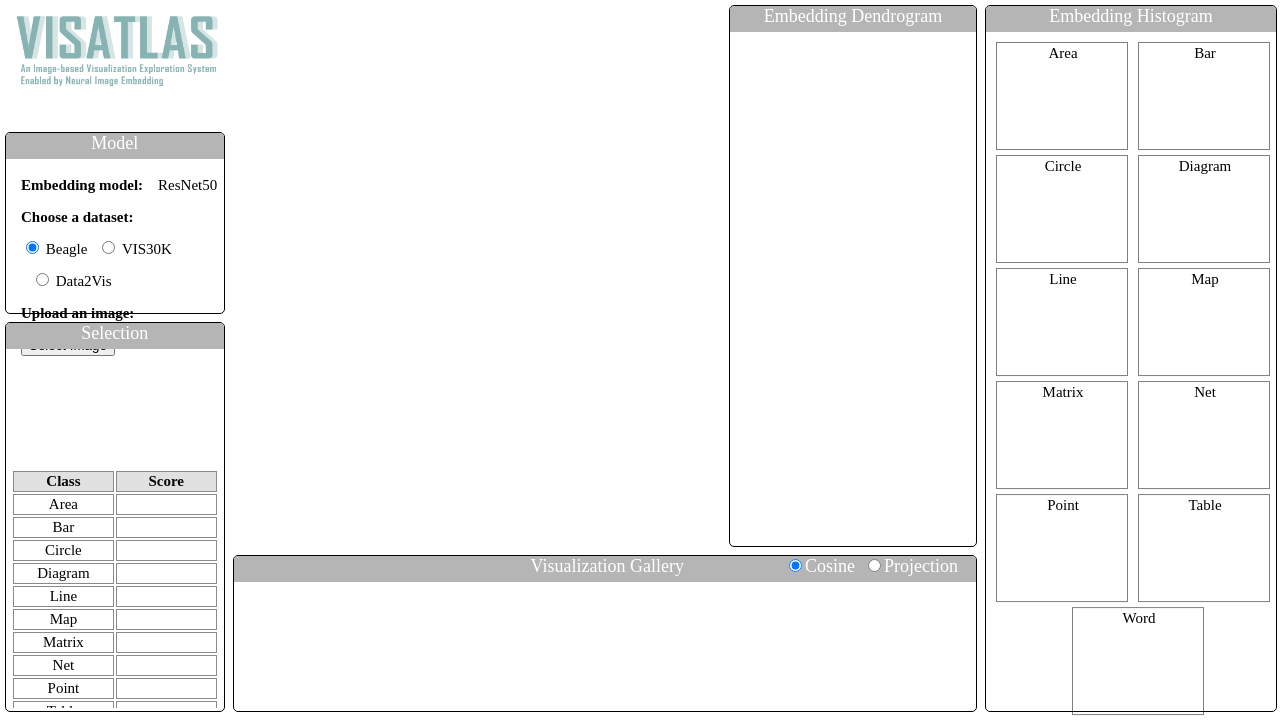
Repository: yilinye/AI_and_human_paintings
Page: / (app in VIS4AI_art/Frontend/)
An editor plug-in stored every save of this project. The page is shown before and after the next save, followed by the edit.
The browser window is 1280 px wide. The pictures show the whole page.
The page's requests for data from a server got no answer. The project was rebuilt for these pictures with package versions that can differ from the ones it lists, and the page was loaded fresh each time. No one was signed in, and anything a server would have sent is missing. Also part of the build but not shown: VIS4AI_art/Frontend/vite.config.js, VIS4AI_art/Frontend/vue.config.js, VIS4AI_art/Frontend/src/components/WelcomeItem.vue, VIS4AI_art/Frontend/src/components/icons/IconDocumentation.vue, VIS4AI_art/Frontend/src/components/icons/IconTooling.vue, VIS4AI_art/Frontend/src/components/icons/IconEcosystem.vue, VIS4AI_art/Frontend/src/components/icons/IconCommunity.vue, VIS4AI_art/Frontend/src/components/icons/IconSupport.vue and 2 more.

Above is the page before, as saved 2022-04-30 22:58:17.

After the next save:
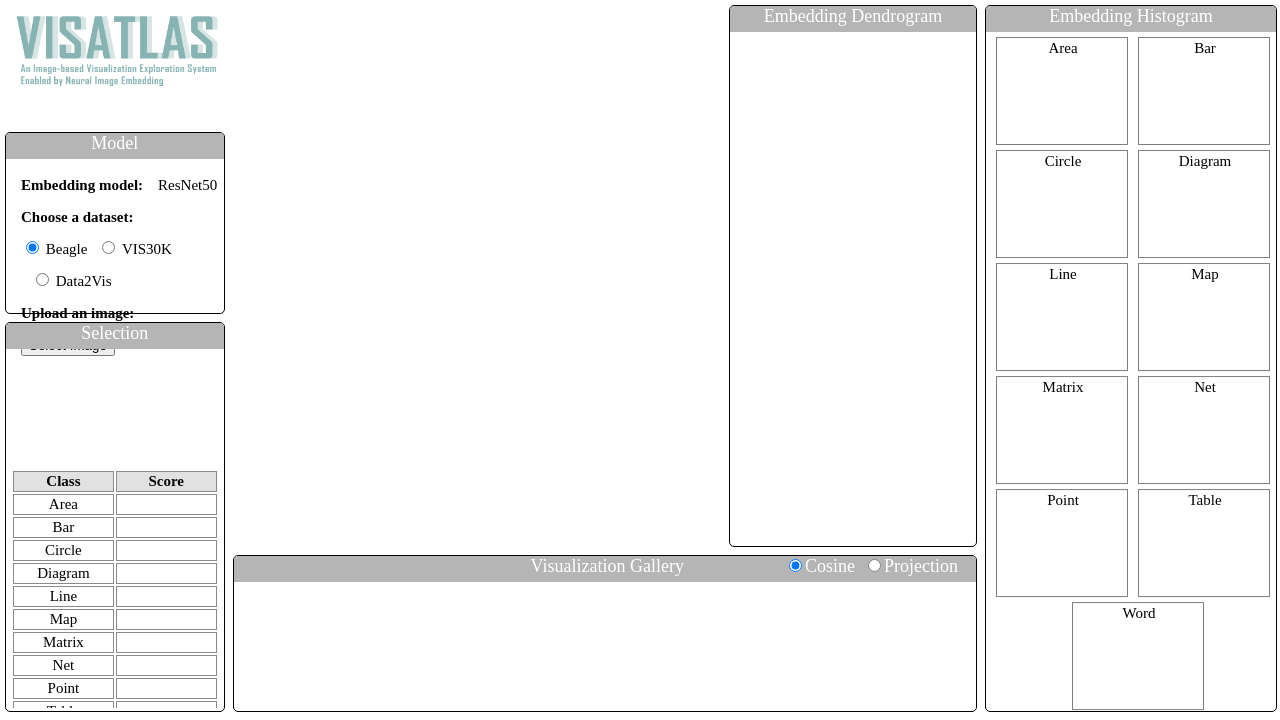
Saved 11 s later.
--- a/VIS4AI_art/Frontend/src/components/histogramView.vue
+++ b/VIS4AI_art/Frontend/src/components/histogramView.vue
@@ -15,7 +15,7 @@
         v-for="(ty, index) in typeName"
         :key="ty"
         :id="'His' + ty"
-        v-bind:style="{ border: 'solid 1px rgba(0, 0, 0, 0.5)', width: wd, height:hs, position: 'absolute', left: '10px', transform: 'translate(' + (index == 10 ? 'calc(50% + 10px)' : index % 2 ? 'calc(100% + 10px)' : '0') + ',' + 'calc(' + ((Math.floor(index / 2)) * 100) + '% + ' + ((Math.floor(index / 2)) * 5) + 'px' + ' + 10px)' + ')' }"
+        v-bind:style="{ border: 'solid 1px rgba(0, 0, 0, 0.5)', width: wd, height:hs, position: 'absolute', left: '10px', transform: 'translate(' + (index == 10 ? 'calc(50% + 10px)' : index % 2 ? 'calc(100% + 10px)' : '0') + ',' + 'calc(' + ((Math.floor(index / 2)) * 100) + '% + ' + ((Math.floor(index / 2)) * 5) + 'px' + ' + 5px)' + ')' }"
       >
 
       </div>
